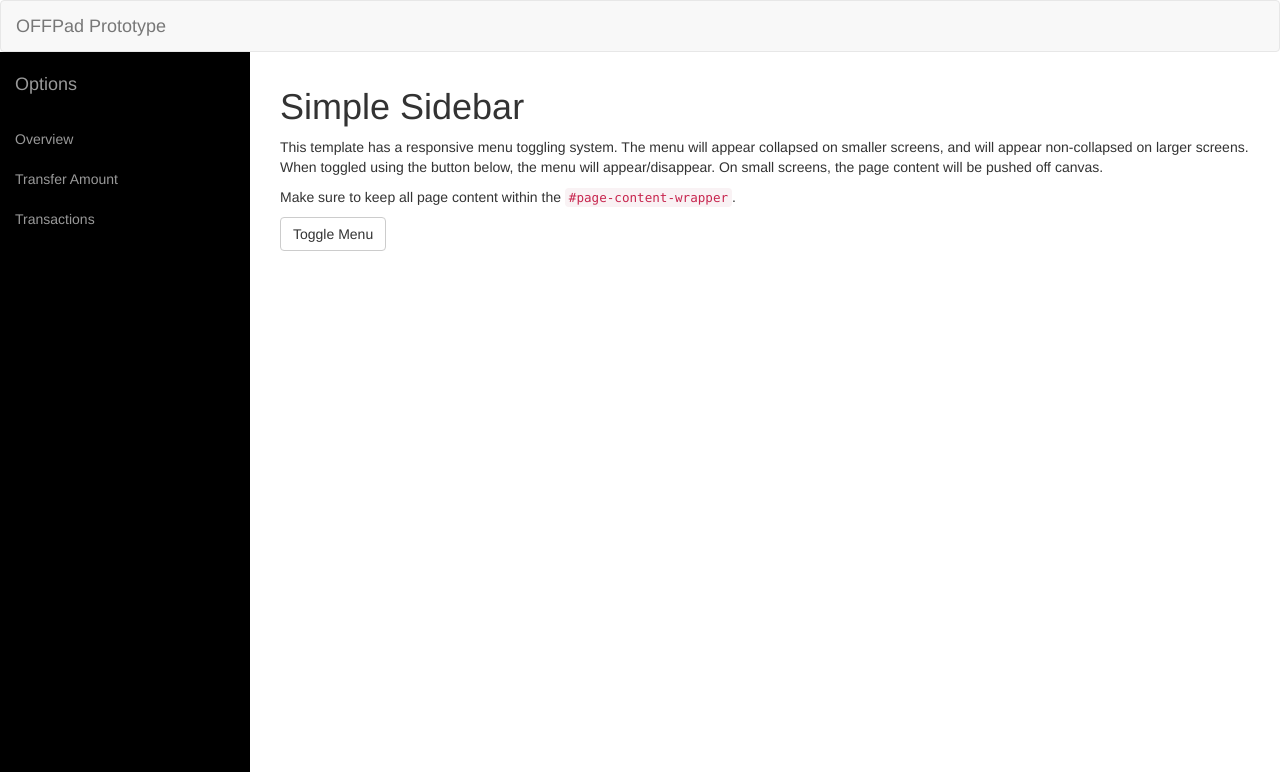
Repository: sijangurung/OFFPad-Projects
Page: Web App Workspace/OffPad WebApp/WebContent/index.html
These files come from the project's save history. The page is drawn as it stood at one moment and after the next save; the edit follows.
The browser window is 1280 px wide. The pictures show the whole page.

Above is the page before, as saved 2015-12-29 16:01:21.

### Web App Workspace/OffPad WebApp/WebContent/index.html
<!DOCTYPE html>
<html lang="en">

<head>

    <meta charset="utf-8">
    <meta http-equiv="X-UA-Compatible" content="IE=edge">
    <meta name="viewport" content="width=device-width, initial-scale=1">
    <meta name="description" content="">
    <meta name="author" content="">

    <title>Simple Sidebar - Start Bootstrap Template</title>

    <!-- Bootstrap Core CSS -->
    <link href="styles/bootstrap.min.css" rel="stylesheet">

    <!-- Custom CSS -->
    <link href="styles/simple-sidebar.css" rel="stylesheet">

    <!-- HTML5 Shim and Respond.js IE8 support of HTML5 elements and media queries -->
    <!-- WARNING: Respond.js doesn't work if you view the page via file:// -->
    <!--[if lt IE 9]>
        <script src="https://oss.maxcdn.com/libs/html5shiv/3.7.0/html5shiv.js"></script>
        <script src="https://oss.maxcdn.com/libs/respond.js/1.4.2/respond.min.js"></script>
    <![endif]-->

</head>

<body>
<nav class="navbar navbar-default no-margin">
    <!-- Brand and toggle get grouped for better mobile display -->
                <div class="navbar-header fixed-brand">
                    <a class="navbar-brand" href="#"><i class="fa fa-rocket fa-4"></i> OFFPad Prototype </a>
                </div><!-- navbar-header-->
    </nav>
    <div id="wrapper">

        <!-- Sidebar -->
        <div id="sidebar-wrapper">
            <ul class="sidebar-nav">
                <li class="sidebar-brand">
                    <a href="#">
                        Options
                    </a>
                </li>
                <li>
                    <a href="#">Overview</a>
                </li>
                <li>
                    <a href="ClientServlet">Transfer Amount</a>
                </li>
                <li>
                    <a href="#">Transactions</a>
                </li>
            </ul>
        </div>
        <!-- /#sidebar-wrapper -->

        <!-- Page Content -->
        <div id="page-content-wrapper">
            <div class="container-fluid">
                <div class="row">
                    <div class="col-lg-12">
                        <h1>Simple Sidebar</h1>
                        <p>This template has a responsive menu toggling system. The menu will appear collapsed on smaller screens, and will appear non-collapsed on larger screens. When toggled using the button below, the menu will appear/disappear. On small screens, the page content will be pushed off canvas.</p>
                        <p>Make sure to keep all page content within the <code>#page-content-wrapper</code>.</p>
                        <a href="#menu-toggle" class="btn btn-default" id="menu-toggle">Toggle Menu</a>
                    </div>
                </div>
            </div>

        </div>
        <!-- /#page-content-wrapper -->

    </div>
    <!-- /#wrapper -->

    <!-- jQuery -->
    <script src="js/jquery.js"></script>

    <!-- Bootstrap Core JavaScript -->
    <script src="js/bootstrap.min.js"></script>

    <!-- Menu Toggle Script -->
    <script>
    $("#menu-toggle").click(function(e) {
        e.preventDefault();
        $("#wrapper").toggleClass("toggled");
    });
    </script>

</body>

</html>

### Web App Workspace/OffPad WebApp/WebContent/styles/simple-sidebar.css
* Toggle Styles */

 #wrapper {
    padding-left: 0;
    -webkit-transition: all 0.5s ease;
    -moz-transition: all 0.5s ease;
    -o-transition: all 0.5s ease;
    transition: all 0.5s ease;
    overflow: hidden;
}

#wrapper.toggled {
    padding-left: 250px;
    overflow: scroll;
}

#sidebar-wrapper {
    z-index: 1000;
    position: absolute;
    left: 250px;
    width: 0;
    height: 100%;
    margin-left: -250px;
    overflow-y: auto;
    background: #000;
    -webkit-transition: all 0.5s ease;
    -moz-transition: all 0.5s ease;
    -o-transition: all 0.5s ease;
    transition: all 0.5s ease;
}
#wrapper.toggled #sidebar-wrapper {
    width: 250px;
}

#page-content-wrapper {
    position: absolute;
    padding: 15px;
    width: 100%;
    overflow-x: hidden;
}
.xyz{
    min-width: 360px;
}
#wrapper.toggled #page-content-wrapper {
    position: relative;
    margin-right: 0px;
}
.fixed-brand{
    width: auto;
}
/* Sidebar Styles */

.sidebar-nav {
    position: absolute;
    top: 0;
    width: 250px;
    margin: 0;
    padding: 0;
    list-style: none;
    margin-top: 2px;
}

.sidebar-nav li {
    text-indent: 15px;
    line-height: 40px;
}

.sidebar-nav li a {
    display: block;
    text-decoration: none;
    color: #999999;
}

.sidebar-nav li a:hover {
    text-decoration: none;
    color: #fff;
    background: rgba(255,255,255,0.2);
    border-left: red 2px solid;
}

.sidebar-nav li a:active,
.sidebar-nav li a:focus {
    text-decoration: none;
}

.sidebar-nav > .sidebar-brand {
    height: 65px;
    font-size: 18px;
    line-height: 60px;
}

.sidebar-nav > .sidebar-brand a {
    color: #999999;
}

.sidebar-nav > .sidebar-brand a:hover {
    color: #fff;
    background: none;
}
.no-margin{
    margin:0;
}

@media(min-width:768px) {
    #wrapper {
        padding-left: 250px;
    }
    .fixed-brand{
        width: 250px;
    }
    #wrapper.toggled {
        padding-left: 0;
    }

    #sidebar-wrapper {
        width: 250px;
    }

    #wrapper.toggled #sidebar-wrapper {
        width: 250px;
    }
    #wrapper.toggled-2 #sidebar-wrapper {
        width: 50px;
    }
    #wrapper.toggled-2 #sidebar-wrapper:hover {
        width: 250px;
    }


    #page-content-wrapper {
        padding: 20px;
        position: relative;
        -webkit-transition: all 0.5s ease;
        -moz-transition: all 0.5s ease;
        -o-transition: all 0.5s ease;
        transition: all 0.5s ease;
    }

    #wrapper.toggled #page-content-wrapper {
        position: relative;
        margin-right: 0;
        padding-left: 250px;
    }
    #wrapper.toggled-2 #page-content-wrapper {
        position: relative;
        margin-right: 0;
        margin-left: -200px;
        -webkit-transition: all 0.5s ease;
        -moz-transition: all 0.5s ease;
        -o-transition: all 0.5s ease;
        transition: all 0.5s ease;
        width: auto;

    }
}

Loaded but not shown: Web App Workspace/OffPad WebApp/WebContent/styles/bootstrap.min.css (library); Web App Workspace/OffPad WebApp/WebContent/js/jquery.js (library); Web App Workspace/OffPad WebApp/WebContent/js/bootstrap.min.js (library)

After the next save:
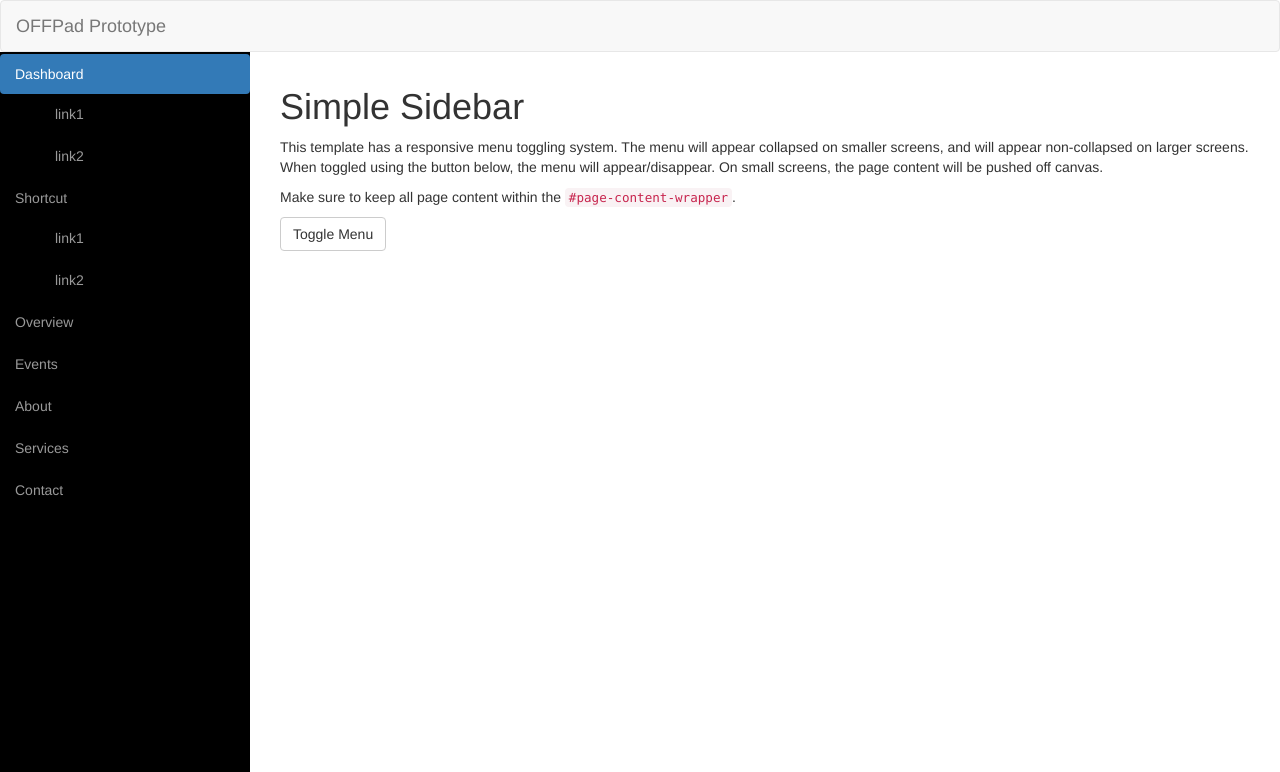
Saved 58 s later.
--- a/Web App Workspace/OffPad WebApp/WebContent/index.html
+++ b/Web App Workspace/OffPad WebApp/WebContent/index.html
@@ -33,28 +33,43 @@
                     <a class="navbar-brand" href="#"><i class="fa fa-rocket fa-4"></i> OFFPad Prototype </a>
                 </div><!-- navbar-header-->
     </nav>
-    <div id="wrapper">
-
+<div id="wrapper">
         <!-- Sidebar -->
         <div id="sidebar-wrapper">
-            <ul class="sidebar-nav">
-                <li class="sidebar-brand">
-                    <a href="#">
-                        Options
-                    </a>
+            <ul class="sidebar-nav nav-pills nav-stacked" id="menu">
+
+                <li class="active">
+                    <a href="#"><span class="fa-stack fa-lg pull-left"><i class="fa fa-dashboard fa-stack-1x "></i></span> Dashboard</a>
+                       <ul class="nav-pills nav-stacked" style="list-style-type:none;">
+                        <li><a href="#">link1</a></li>
+                        <li><a href="#">link2</a></li>
+                    </ul>
                 </li>
                 <li>
-                    <a href="#">Overview</a>
+                    <a href="#"><span class="fa-stack fa-lg pull-left"><i class="fa fa-flag fa-stack-1x "></i></span> Shortcut</a>
+                    <ul class="nav-pills nav-stacked" style="list-style-type:none;">
+                        <li><a href="#"><span class="fa-stack fa-lg pull-left"><i class="fa fa-flag fa-stack-1x "></i></span>link1</a></li>
+                        <li><a href="#"><span class="fa-stack fa-lg pull-left"><i class="fa fa-flag fa-stack-1x "></i></span>link2</a></li>
+
+                    </ul>
                 </li>
                 <li>
-                    <a href="ClientServlet">Transfer Amount</a>
+                    <a href="#"><span class="fa-stack fa-lg pull-left"><i class="fa fa-cloud-download fa-stack-1x "></i></span>Overview</a>
                 </li>
                 <li>
-                    <a href="#">Transactions</a>
+                    <a href="#"> <span class="fa-stack fa-lg pull-left"><i class="fa fa-cart-plus fa-stack-1x "></i></span>Events</a>
+                </li>
+                <li>
+                    <a href="#"><span class="fa-stack fa-lg pull-left"><i class="fa fa-youtube-play fa-stack-1x "></i></span>About</a>
+                </li>
+                <li>
+                    <a href="#"><span class="fa-stack fa-lg pull-left"><i class="fa fa-wrench fa-stack-1x "></i></span>Services</a>
+                </li>
+                <li>
+                    <a href="#"><span class="fa-stack fa-lg pull-left"><i class="fa fa-server fa-stack-1x "></i></span>Contact</a>
                 </li>
             </ul>
-        </div>
-        <!-- /#sidebar-wrapper -->
+        </div><!-- /#sidebar-wrapper -->
 
         <!-- Page Content -->
         <div id="page-content-wrapper">
